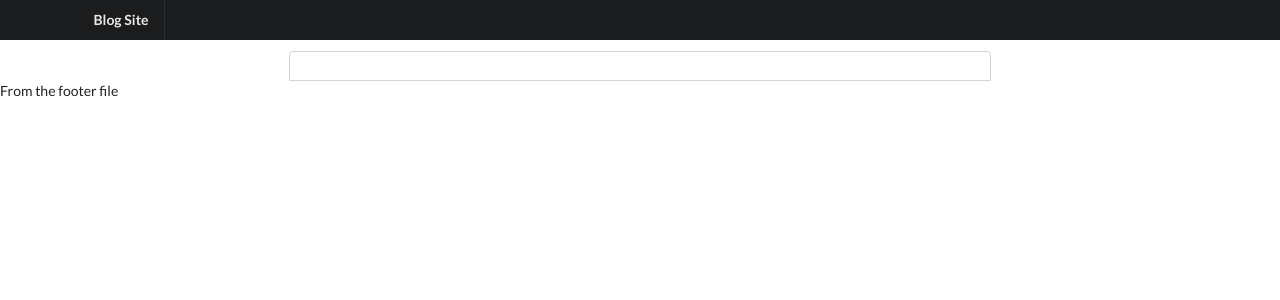
Repository: karanagg262/The-Web-Development-Bootcamp
Page: http://localhost/blogs
The author's editor kept a record of every edit. The page is drawn from the files as they stood at one moment, then again after the next edit.
The browser window is 1280 px wide. The pictures show the whole page.
The page is served by the project's Node server (restful_routing/Restful_blog/app.js). Queries for data that is not in the repository find no rows.

Above is the page before.

### Backend and full scale projects/restful_routing/Restful_blog/views/index.ejs
<%- include("partials/header") %>
<div class="ui main text container">
    <div class="ui huge header">RESTful blog App</div>
    <div class="ui top attached segment">
        <div class="ui divided items">
            <% blogs.forEach(function(blog){ %>
            <div class="item">
                <div class=="image">
                    <img src="<%= blog.image %>">
                </div>
                <div class="content">
                    <a class="header" href="/blogs/<%=blog._id %>"><%=blog.title %>></a>
                    <div class="meta">
                        <span>blog.created.toDateString()</span>
                    </div>
                    <div class="description">
                        <p><%- blog.body.substring(0, 100) %>...</p>
                    </div>
                    <div class="extra">
                        <a class="ui floated basic violet button" href="/blogs/<%=blog._id %>">
                            Read More
                            <i class="right chevron icon"></i>
                        </a>
                    </div>
                </div>
            </div>
        <% }) %>
        </div>
    </div>
</div>

<%- include("partials/footer") %>

### Backend and full scale projects/restful_routing/Restful_blog/views/partials/header.ejs
<!DOCTYPE html>
<html>
    <head>
        <title>
            Restful API
        </title>
        <link rel="stylesheet" href="https://cdnjs.cloudflare.com/ajax/libs/semantic-ui/2.4.1/semantic.min.css">
    </head>
    <body>
        <div class="ui fixed inverted menu">
            <div class="ui container">
                <div class="header item">
                    Blog Site
                </div>
            </div>
        </div>

### Backend and full scale projects/restful_routing/Restful_blog/views/partials/footer.ejs
<p>From the footer file</p>
    </body>
</html>

### Backend and full scale projects/restful_routing/Restful_blog/app.js
var express = require("express"),
    methodoverride = require("method-override"),
    bodyparser = require("body-parser"),
    mongoose = require("mongoose"),
    expresssanitizer = require("express-sanitizer"),
    app = express();

mongoose.connect('mongodb://localhost:27017/restful_blog', {useNewUrlParser: true, useUnifiedTopology: true});
app.use(bodyparser.urlencoded({extended: true}));
app.set("view engine", "ejs");
app.use(express.static("public"));
app.use(methodoverride("_method"));
app.use(expresssanitizer())

var blogschema = (
    {
        title: String,
        image: String,
        body: String,
        created: {
            type: Date,
            default: Date.now
        }
    });

var blog = mongoose.model("blog", blogschema);

// blog.create({
//     title: "Dog",
//     image: "https://unsplash.com/photos/N04FIfHhv_k",
//     body: "Hello, This is a blog post"
// });

app.get("/blogs", function(req, res){
    blog.find({}, function(err, blogs){
       if(err){
           console.log("No Data");
       }
       else{
           res.render("index", {blogs: blogs});
       }
    });
});

app.get("/", function(req, res){
    res.redirect("/blogs");
})

app.get("/blogs/new", function(req, res) {
    res.render("new");
});

app.post("/blogs", function(req, res){
    console.log(req.body);
    req.body.blog.body = req.sanitize(req.body.blog.body);
   console.log(req.body);
   blog.create(req.body.blog, function(err, newblog){
       if(err){
           console.log("Error Occured")
           res.render("new");
       }
       else
       {
           res.redirect("/blogs");
       }
   });
});

app.get("/blogs/:id", function(req, res) {
   blog.findById(req.params.id, function(err, foundblog) {
       if(err){
           res.redirect("/blogs");
       }
       else{
           res.render("show", {blog: foundblog})
       }
   });
});

app.get("/blogs/:id/edit", function(req, res) {
   blog.findById(req.params.id, function(err, foundblog){
      if(err){
          res.redirect("/blogs");
      }
      else{
          res.render("edit", {blog: foundblog})
      }
   });
});

app.put("/blogs/:id", function(req, res) {
        req.body.blog.body = req.sanitize(req.body.blog.body);
    blog.findByIdAndUpdate(req.params.id, req.body.blog, function(err, updatedblog) {
        if(err){
            res.redirect("/blogs");
        }
        else{
            res.redirect("/blogs/"+req.params.id);
        }
    })
});

app.delete("/blogs/:id", function(req, res){
    blog.findByIdAndRemove(req.params.id, function(err){
       if(err){
           res.redirect("/blogs");
       }
       else{
           res.redirect("/blogs");
       }
    });
});
app.listen(process.env.PORT, process.env.IP, function(){
   console.log("Server started");
});

After the next edit:
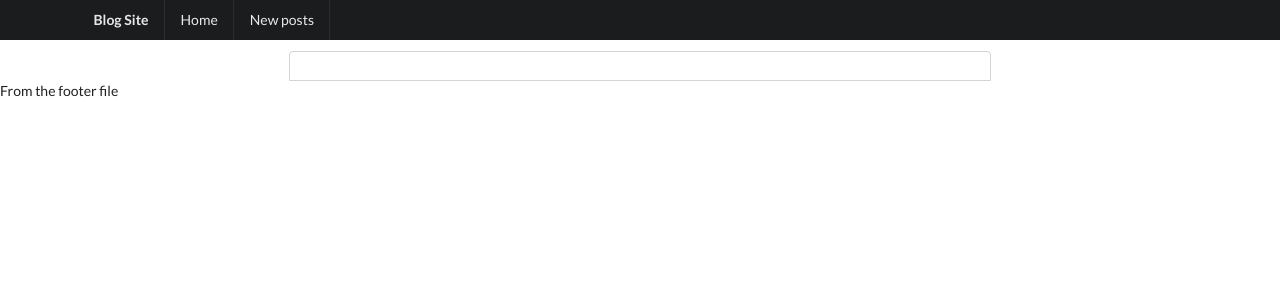
The edit:
--- a/Backend and full scale projects/restful_routing/Restful_blog/views/partials/header.ejs
+++ b/Backend and full scale projects/restful_routing/Restful_blog/views/partials/header.ejs
@@ -12,5 +12,7 @@
                 <div class="header item">
                     Blog Site
                 </div>
+                <a href="/" class="item">Home</a>
+                <a href="/blogs/new" class="item">New posts</a>
             </div>
         </div>
